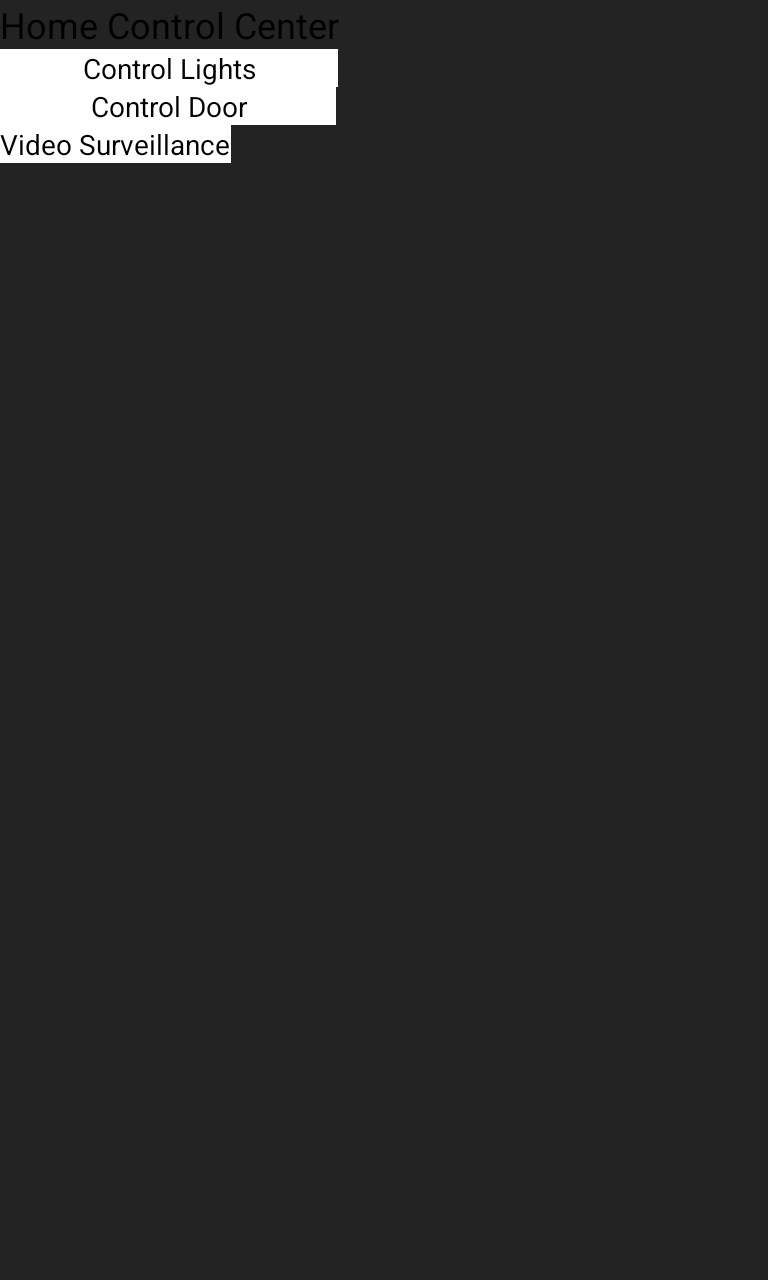
Repository: Teketel/hujeManiita
Layout: workspace/android/Besso/res/layout/center_activity.xml
These files come from the project's save history. The layout is drawn as it stood at one moment and after the next save; the edit follows.
It is drawn on a 768 x 1280 px phone screen (xhdpi) without system bars, with theme AppTheme; the app's code is not run.

Above is the layout before, as saved 2013-04-04 19:44:34.

After the next save:
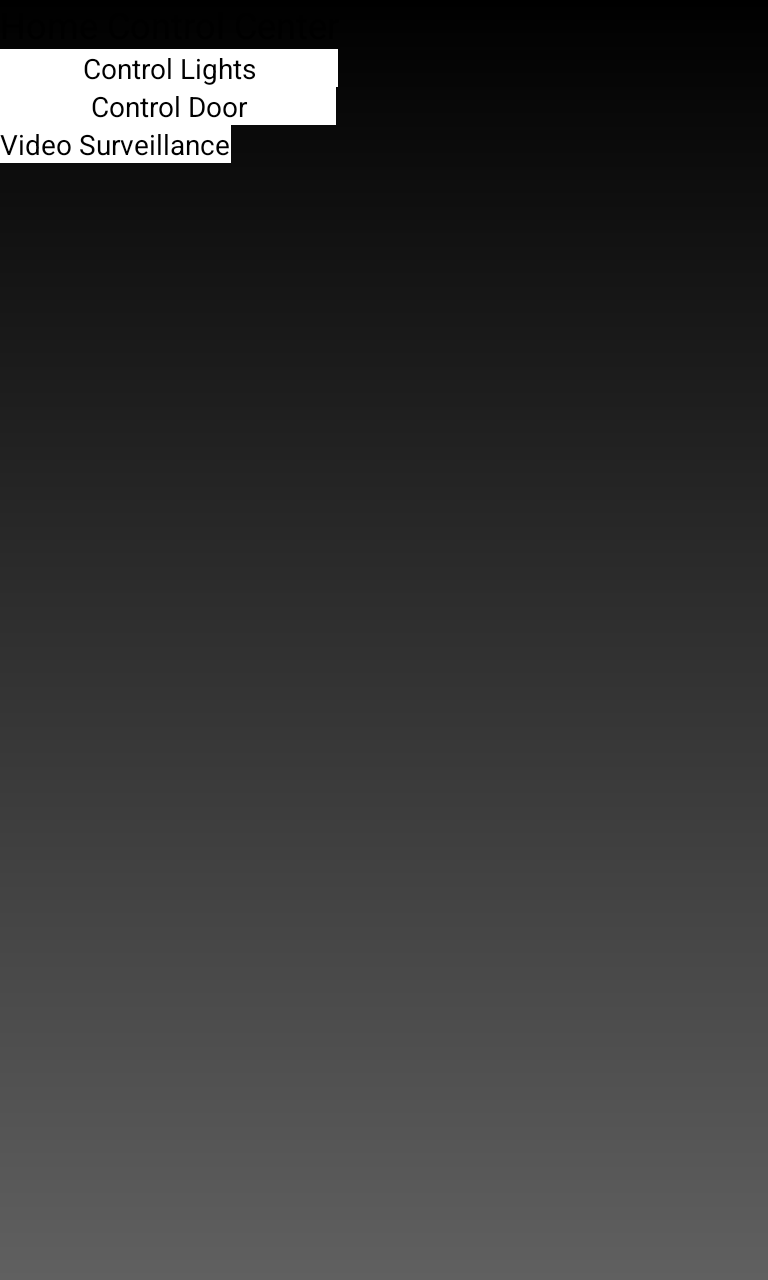
Saved 96 s later.
--- a/workspace/android/Besso/res/layout/center_activity.xml
+++ b/workspace/android/Besso/res/layout/center_activity.xml
@@ -3,7 +3,7 @@
     android:layout_width="match_parent"
     android:layout_height="match_parent"
     android:orientation="vertical"
-    android:background="@drawable/black_back" >
+    android:background="@drawable/bg_main" >
 
 
     <TextView
